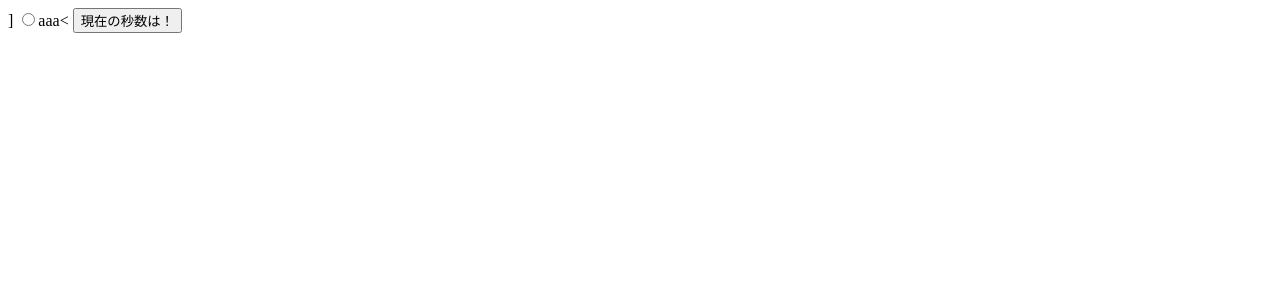
Repository: maigo999/time-abdominal-muscle
Page: index.html
The author's editor kept a copy of each file at every save. The page is drawn from the files as they stood at one save, then again after the next save.
The browser window is 1280 px wide. The pictures show the whole page.

Above is the page before, as saved 2018-08-11 09:22:58.

### index.html
<!DOCTYPE html>
<html lang="ja">
<head>
    <meta charset="UTF-8">
    <meta name="viewport" content="width=device-width, initial-scale=1.0">
    <meta http-equiv="X-UA-Compatible" content="ie=edge">
    <title>Document</title>
</head>
<body>]

    <input id="mode" type="radio">aaa<
    <button id="button">現在の秒数は！</button>

    <p id="result"></p>

    <script src="./js/main.js"></script>
</body>
</html>

### js/main.js
let today
let milliseconds
let seconds
let intlist
const target = 0;
let res
let calcResult
const button = document.getElementById("button");
const result = document.getElementById("result");

function hard(){
    milliseconds = today.getMilliseconds();
    str = String(milliseconds).split('');
};
function nomal(){
    seconds = today.getSeconds();
    str = String(seconds).split('');
;}

button.onclick = function(){
    today = new Date();

    hard();
    // strをintに戻す
    int = str.map(function (element) {
        return Number(element);
    });


    // ０の消去
    res = int.filter(function(a) {
        return a !== target;
    });


    console.log(res);


    // 配列の長さを取得
    intlist = res.length;

    // 配列の長さで計算式を分岐
    if(intlist == 3){
        calcResult= res[0] * res[1] * res[2];

    }else if(intlist == 2){

        calcResult = res[0] * res[1];

    }else if(intlist == 0){
        alcResult = "0だよ";

    }else{
        calcResult = res[0];

    }
    result.innerHTML = calcResult;
};

After the next save:
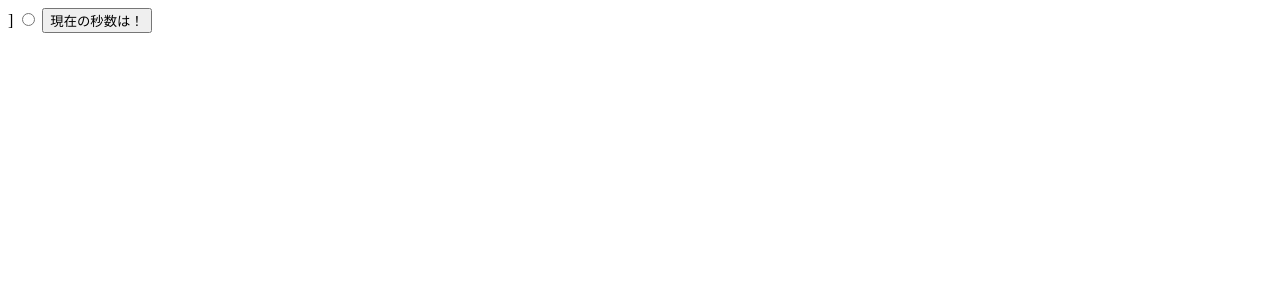
Saved 48 s later.
--- a/index.html
+++ b/index.html
@@ -8,7 +8,7 @@
 </head>
 <body>]
 
-    <input id="mode" type="radio">aaa<
+        <input type="radio" name="example" value="サンプル">
     <button id="button">現在の秒数は！</button>
 
     <p id="result"></p>
